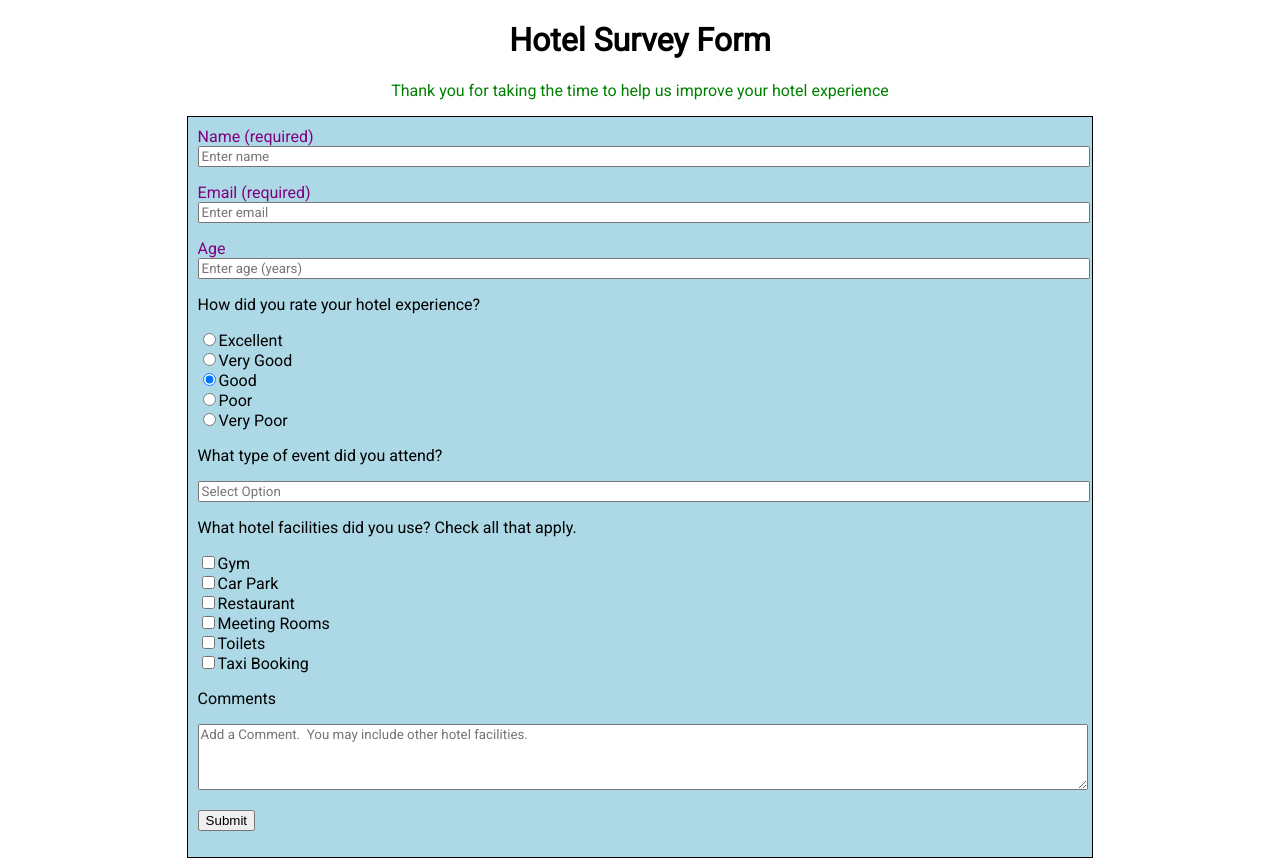
Repository: derektypist/survey-form
Page: index.html
The author's editor kept a record of every edit. The page is drawn from the files as they stood at one moment, then again after the next edit.
The browser window is 1280 px wide. The pictures show the whole page.

Above is the page before.

### index.html
<!DOCTYPE html>
<html lang="en">
<head>
    <meta charset="UTF-8">
    <meta name="viewport" content="width=device-width, initial-scale=1.0">
    <meta http-equiv="X-UA-Compatible" content="ie=edge">
    <title>Hotel Survey Form</title>
    <!-- Load Style Sheets -->
    <link href="https://fonts.googleapis.com/css?family=Roboto&display=swap" rel="stylesheet">
    <style>
        /* Title */
        #title {
            font-family: "Roboto", Arial, Verdana, sans-serif;
            text-align: center;
        }

        /* Description */
        #description {
            font-family: "Roboto", Arial, Verdana, sans-serif;
            text-align: center;
            color: green;
        }

        /* Survey Form */
        #survey-form {
            display: block;
            margin: auto;
            max-width: 70%;
            background-color: lightblue;
            font-family: "Roboto", Arial, Verdana, sans-serif;
            text-align: left;
            padding: 10px;
            border: 1px solid black;
        }

        #name-label {
            color: purple;
        }

        #email-label {
            color: purple;
        }

        #number-label {
            color: purple;
        }

        #name {
            width: 100%;
        }

        #email {
            width: 100%;
        }

        #number {
            width: 100%;
        }

        input[placeholder] {
            font-family: "Roboto", Arial, Verdana, sans-serif;
        }

        input[list] {
            width: 100%;
            font-family: "Roboto", Arial, Verdana, sans-serif;
        }


        textarea {
            width: 100%;
        }

        textarea[placeholder] {
            font-family: "Roboto", Arial, Verdana, sans-serif;
        }


    </style>
</head>
<body>
    <!-- Provide Title and Description -->
    <header>
        <h1 id="title">Hotel Survey Form</h1>
        <p id="description">Thank you for taking the time to help us improve your hotel experience</p>
    </header>

    <!-- Provide Survey Form -->
    <main>
        <section>
            <form id="survey-form">
                <!-- Set up Name Field -->
                <label for="name" id="name-label">Name (required)</label>
                <br>
                <input type="text" id="name" placeholder="Enter name" name="name" required />
                <p></p>

                <!-- Set up Email Field -->
                <label for="email" id="email-label">Email (required)</label>
                <br>
                <input type="email" id="email" placeholder="Enter email" name="email" required />
                <p></p>

                <!-- Set up Age (Number) Field -->
                <label for="number" id="number-label">Age</label>
                <br>
                <input type="number" id="number" placeholder="Enter age (years)" name="number" min="0" max="100">
                <br>

                <!-- Set up Radio Buttons with Default set to Good -->
                <p>How did you rate your hotel experience?</p>
                <input type="radio" name="experience" value="excellent">Excellent
                <br>
                <input type="radio" name="experience" value="verygood">Very Good
                <br>
                <input type="radio" name="experience" value="good" checked>Good
                <br>
                <input type="radio" name="experience" value="poor">Poor
                <br>
                <input type="radio" name="experience" value="verypoor">Very Poor
                <br>

                <!-- Set up Dropdown List (Datalist) -->
                <p>What type of event did you attend?</p>
                <input list="dropdown" name="eventtypes" placeholder="Select Option">
                <datalist id="dropdown">
                    <option value="Balls"></option>
                    <option value="City Breaks"></option>
                    <option value="Conferences"></option>
                    <option value="Exhibitions"></option>
                    <option value="Fairs"></option>
                    <option value="Parties (e.g. Birthday)"></option>
                    <option value="Sun Breaks"></option>
                    <option value="Weddings"></option>
                    <option value="Workshops"></option>
                </datalist>

                <!-- Set up Check Boxes -->
                <p>What hotel facilities did you use?  Check all that apply.</p>
                <input type="checkbox" name="facility1" value="Gym">Gym
                <br>
                <input type="checkbox" name="facility2" value="Car Park">Car Park
                <br>
                <input type="checkbox" name="facility3" value="Restaurant">Restaurant
                <br>
                <input type="checkbox" name="facility4" value="Meeting Rooms">Meeting Rooms
                <br>
                <input type="checkbox" name="facility5" value="Toilets">Toilets
                <br>
                <input type="checkbox" name="facility6" value="Taxi Booking">Taxi Booking
                <br>

                <!-- Provide Text Area -->
                <p>Comments</p>
                <textarea placeholder="Add a Comment.  You may include other hotel facilities." rows="4"></textarea>

                <!-- Provide Submit Button -->
                <p>
                    <button id="submit">Submit</button>
                </p>
            </form>
        </section>
    </main>
</body>
</html>

After the next edit:
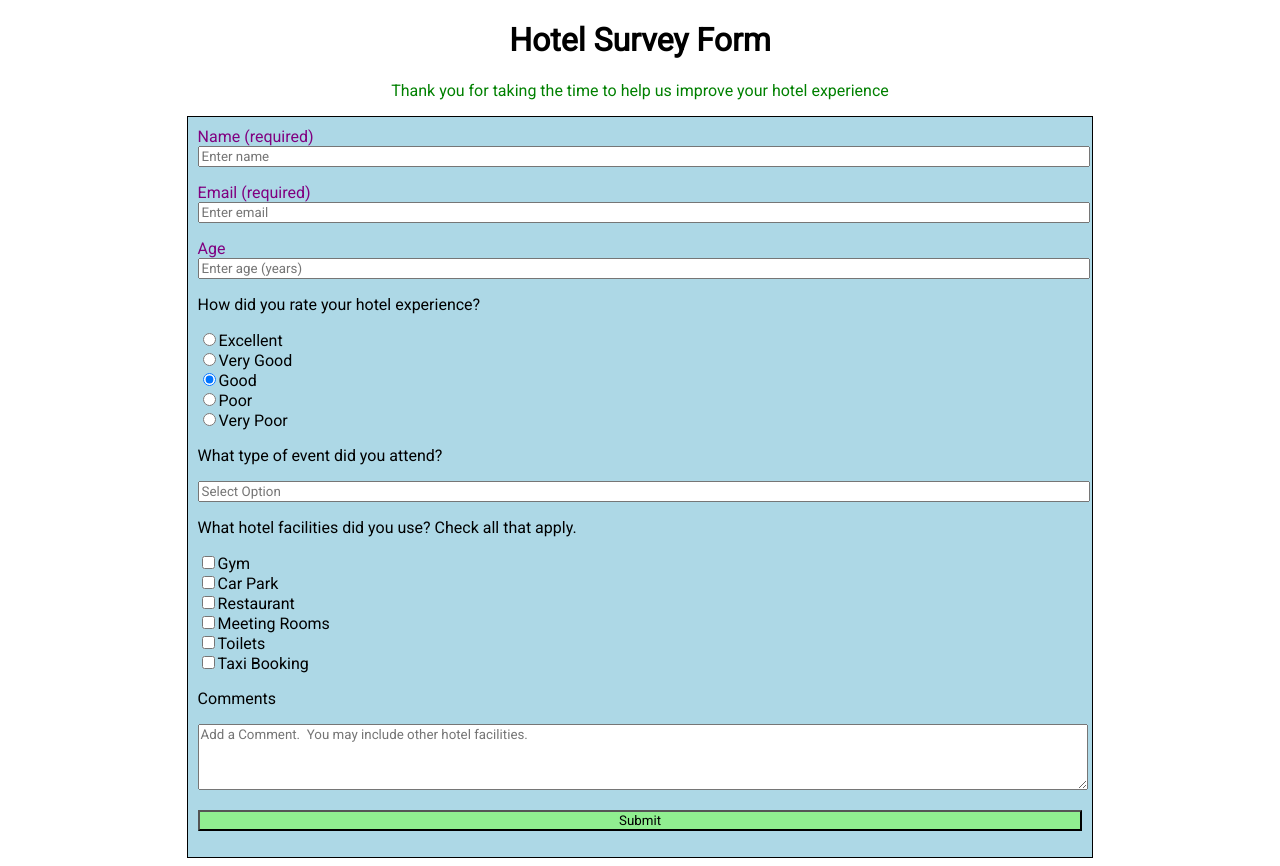
The edit:
--- a/index.html
+++ b/index.html
@@ -75,6 +75,13 @@
             font-family: "Roboto", Arial, Verdana, sans-serif;
         }
 
+        #submit {
+            width: 100%;
+            display: block;
+            margin: auto;
+            background-color: lightgreen;
+            font-family: "Roboto", Arial, Verdana, sans-serif;
+        }
 
     </style>
 </head>
